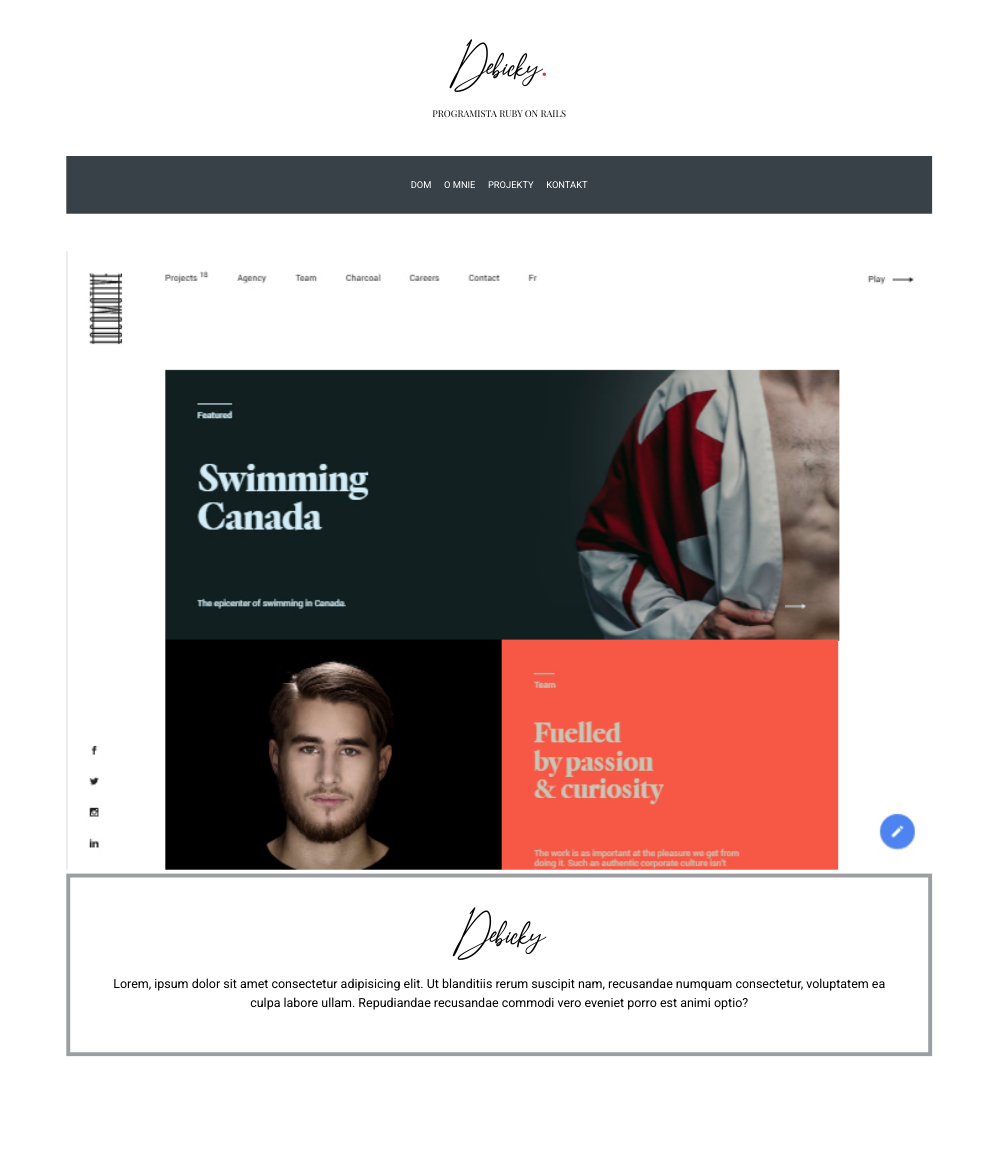
Repository: debicky/debicky.github.io
Page: index.html
The author's editor kept a copy of each file at every save. The page is drawn from the files as they stood at one save, then again after the next save.
The browser window is 1280 px wide. The pictures show the whole page, at 78% of full size.
The pointer rests on the first visible `.about-image img`.
Some web libraries are served in a nearby version.

Above is the page before, as saved 2020-06-10 09:37:18.

After the next save:
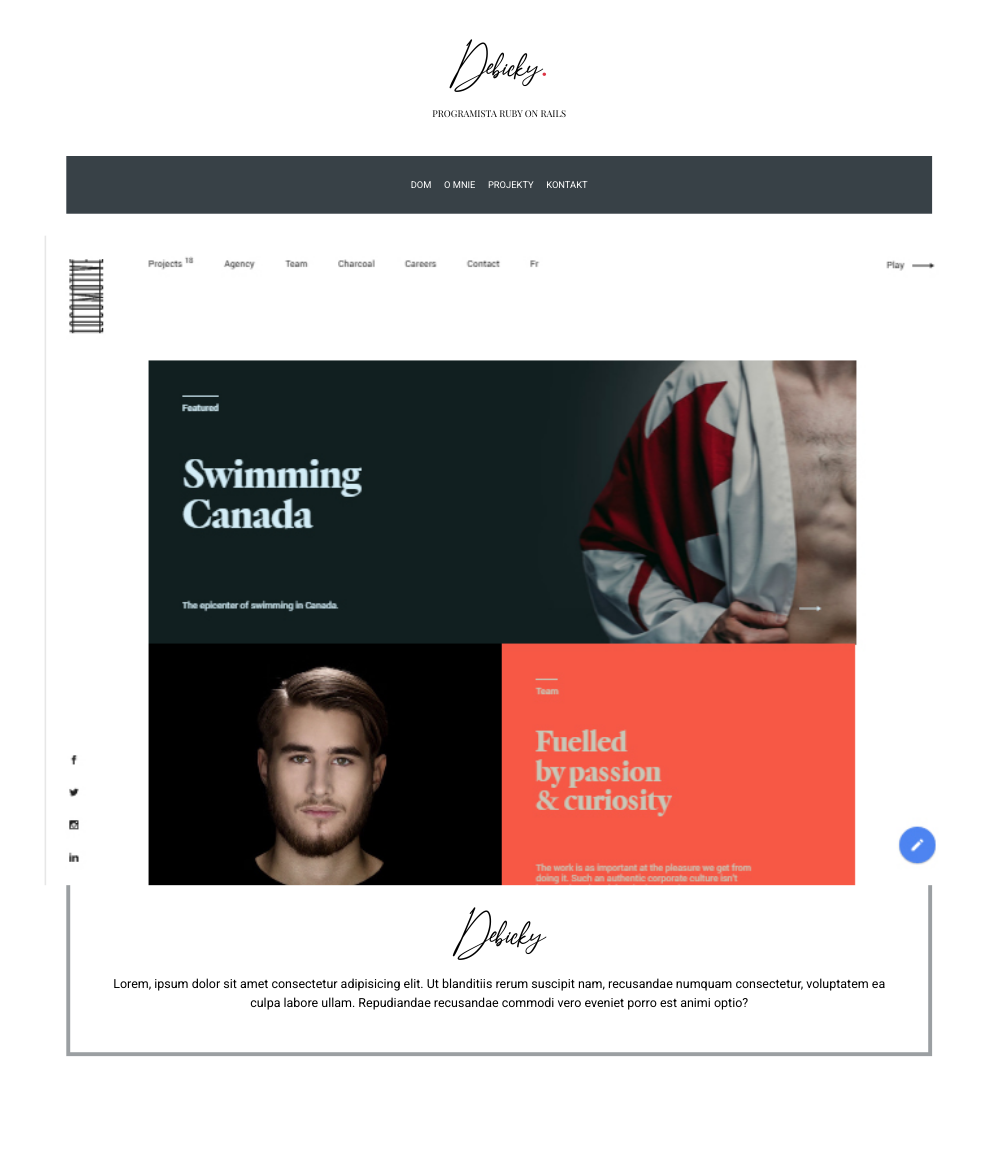
Saved 45 s later.
--- a/styles.css
+++ b/styles.css
@@ -105,6 +105,15 @@ header{
   display: block;
 }
 
-.about-image img:hover{
-  transform: scale(1.01) .5s;
+.about-image img:hover {
+  -moz-transform: scale(1.05);
+  -webkit-transform: scale(1.05);
+  -o-transform: scale(1.05);
+  -ms-transform: scale(1.05);
+  -webkit-transform: scale(1.05);
+  transform: scale(1.05);
+
+  -webkit-transition: transform 1.05s ease-in-out;
+  -moz-transition:transform 1.05s ease-in-out;
+  -ms-transition:transform 1.05s ease-in-out;
 }
